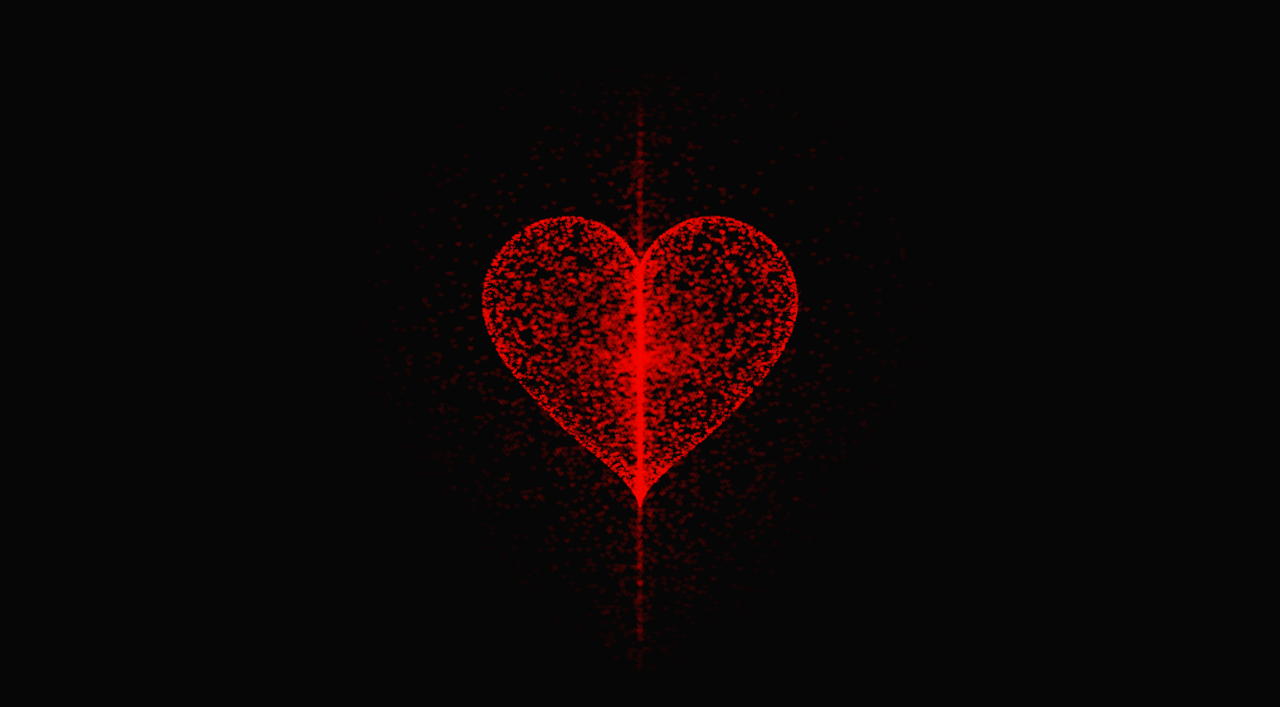
Repository: HoangDuy315/heart
Page: index.html
An editor plug-in stored every save of this project. The page is shown before and after the next save, followed by the edit.
The browser window is 1280 px wide. The pictures show the whole page.

Above is the page before, as saved 2022-11-09 20:42:23.

After the next save:
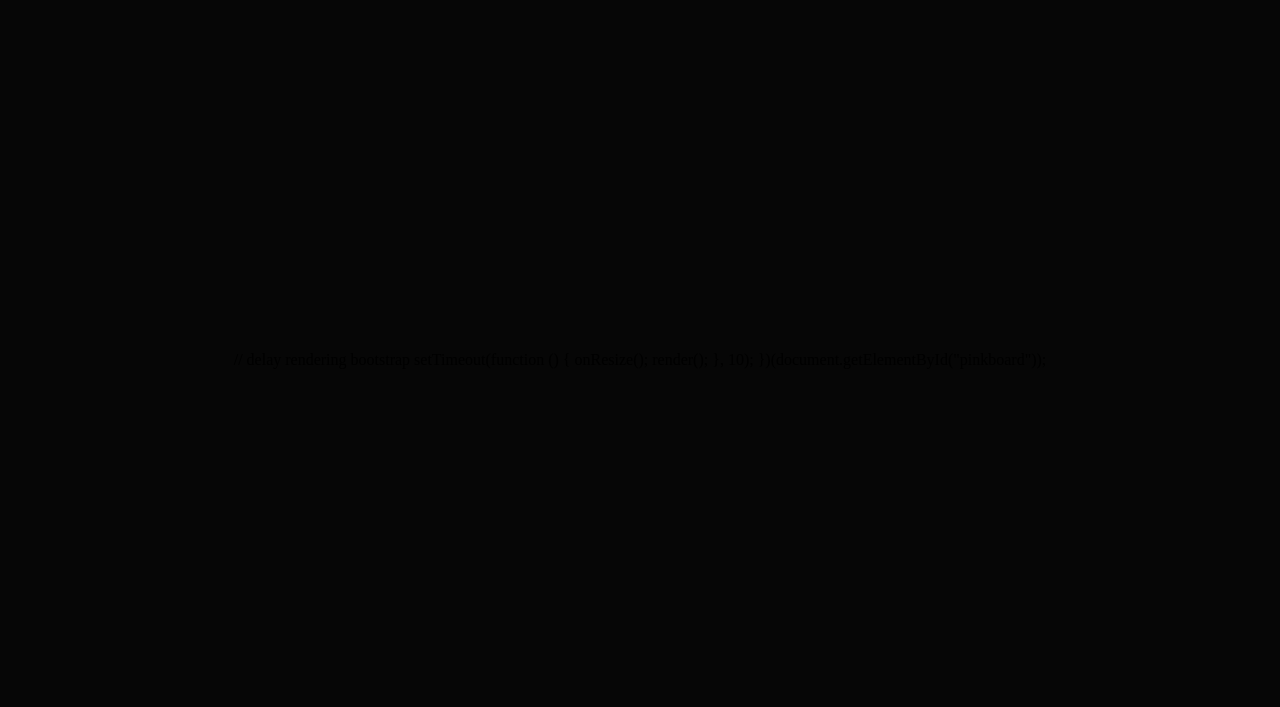
Saved 26 s later.
--- a/index.html
+++ b/index.html
@@ -23,7 +23,7 @@
     </style>
   </head>
   <body>
-    <div class="box">
+    <!-- <div class="box">
       <canvas id="pinkboard"></canvas>
     </div>
     <script>
@@ -289,7 +289,7 @@
           canvas.width = canvas.clientWidth;
           canvas.height = canvas.clientHeight;
         }
-        window.onresize = onResize;
+        window.onresize = onResize; -->
 
         // delay rendering bootstrap
         setTimeout(function () {

After the save that followed:
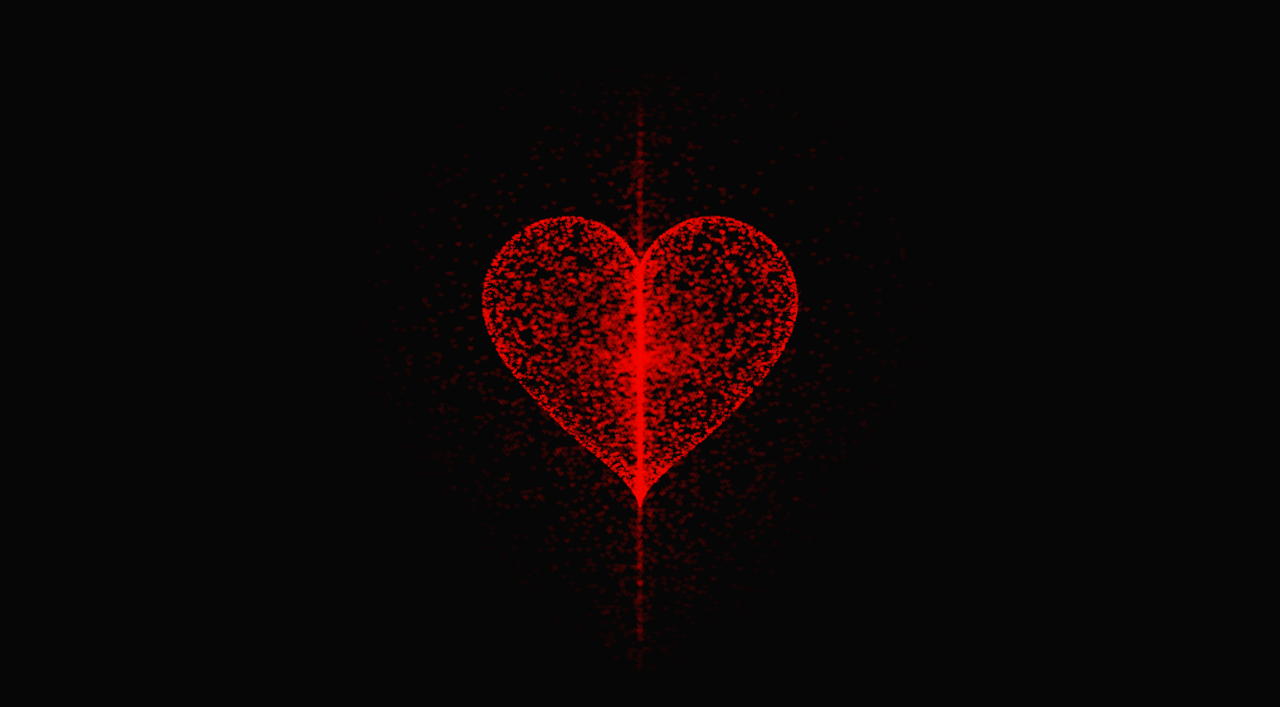
Saved 5 s later.
--- a/index.html
+++ b/index.html
@@ -23,7 +23,7 @@
     </style>
   </head>
   <body>
-    <!-- <div class="box">
+    <div class="box">
       <canvas id="pinkboard"></canvas>
     </div>
     <script>
@@ -289,7 +289,7 @@
           canvas.width = canvas.clientWidth;
           canvas.height = canvas.clientHeight;
         }
-        window.onresize = onResize; -->
+        window.onresize = onResize;
 
         // delay rendering bootstrap
         setTimeout(function () {
